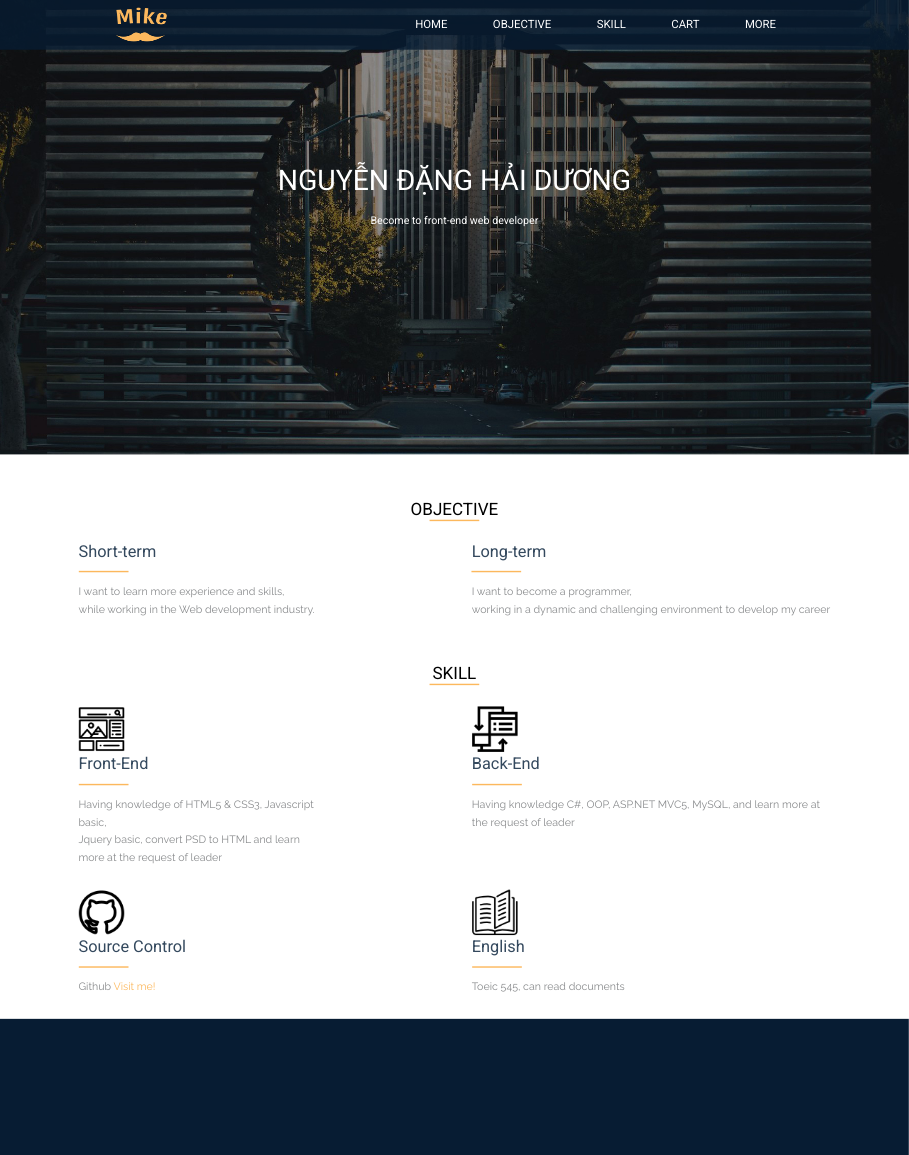
Repository: haiduong7499/Personal-Profile
Page: index.html
These files come from the project's save history. The page is drawn as it stood at one moment and after the next save; the edit follows.
The browser window is 1280 px wide. The pictures show the whole page, at 71% of full size.

Above is the page before, as saved 2021-03-02 12:11:32.

### index.html
<!DOCTYPE html>
<html lang="en">
<head>
    <meta charset="UTF-8">
    <meta http-equiv="X-UA-Compatible" content="IE=edge">
    <meta name="viewport" content="width=device-width, initial-scale=1.0">
    <link rel="stylesheet" href="style/style.css">
    <link rel="stylesheet" href="style/base.css">
    <link rel="preconnect" href="https://fonts.gstatic.com">
    <link rel="preconnect" href="https://fonts.gstatic.com">
    <link rel="preconnect" href="https://fonts.gstatic.com">
    <link href="https://fonts.googleapis.com/css2?family=Raleway&family=Roboto:wght@400;700&display=swap" rel="stylesheet">
    <title>Project</title>
</head>
<body>
    <div id="header">
        <img src="./asset/5c0eefeb-053e-4086-8d42-7e5a35580c82_200x200.png" alt="">
            <ul id="navbar">

                <li><a href="#">Home</a></li>
                <li><a href="#">Objective</a></li>
                <li><a href="#">Skill</a></li>
                <li><a href="#">Cart</a></li>
                <li><a href="#">More</a></li>
            </ul>
    </div>

    <div id="parallax">
        <div class="content-container">
            <h2 class="content-heading">Nguyễn Đặng Hải Dương</h2>
            <p class="content-text">Become to front-end web developer</p>
        </div>
    </div>


    <div id="objective">
        <div class='objective-heading'>
            <h2>
                Objective
                <hr>
            </h2>
        </div>

        <div class='objective-content'>
            <div class="term">
                <h4>Short-term
                    <hr>
                </h4>

                <p>
                    I want to learn more experience and skills,<br>
                    while working in the Web development industry.
                </p>
            </div>
            <div class="term">
                <h4>Long-term
                    <hr>
                </h4>

                <p>
                    I want to become a programmer,<br>
                    working in a dynamic and challenging environment to develop my career
                </p>
            </div>
        </div>
    </div>

    <div id="skills">
        <div class="skills-heading">
            <h2>
                Skill
                <hr>
            </h2>
        </div>

        <div class="skill-content">
            <div class="hard-skill">

                <div class="skill-left skill-front-end">

                    <img src="asset/web-design.png">
                    <h4 class="skills-title">Front-End <hr></h4>
                    <p class="skills-description">Having knowledge of HTML5 & CSS3, Javascript basic,<br> Jquery basic, convert PSD to HTML and learn more at the request of leader</p>
                </div>

                <div class="skill-right skill-back-end">
                    <img src="asset/backend.png">
                    <h4 class="skills-title">Back-End <hr></h4>
                    <p class="skills-description">Having knowledge C#, OOP, ASP.NET MVC5, MySQL, and learn more at the request of leader</p>
                </div>
            </div>

            <div class="soft-skill">

                <div class="skill-left skills-source-control">
                    <img src="asset/github.png">
                    <h4 class="skills-title">Source Control <hr></h4>
                    <p class="skills-description">Github <a href="https://github.com/haiduong7499">Visit me!</a></p>
                </div>

                <div class="skill-right skills-english">
                    <img src="asset/open-book.png">
                    <h4 class="skills-title">English <hr></h4>
                    <p class="skills-description">Toeic 545, can read documents</p>
                </div>

            </div>
        </div>

    </div>

    <div id="bottom">

    </div>
<script src="main.js"></script>
</body>
</html>

### style/style.css
*{
    padding: 0;
    margin: 0;
    box-sizing: border-box;
}
html{
    font-family: 'Roboto', sans-serif;
}
/* Header */
#header {
    display:flex;
    justify-content: space-around;
    height:70px;
    background: rgba(7, 28, 51, 0.8);
    position: fixed;
    top: 0;
    left: 0;
    right: 0;
    z-index: 1;
}
#header img{
    margin: 8px 0;
    width: 84px;
    height: 53px;
}

#navbar li {
    list-style: none;
    line-height: 70px;
    display:inline-block;
}

#navbar li a{
    display: inline-block;
    padding: 0 30px;
    line-height: 70px;
    text-decoration: none;
    color: #fff;
    text-transform: uppercase;
}
#navbar li:hover a{
    color: #fcb85d;
}

#parallax{
    position: relative;
    padding-top:50%;
    background: url(../asset/home-parallax.jpg) top / cover no-repeat;
}
#parallax .content-container{
    position: absolute;
    bottom: 50%;
    width: 100%;
    text-align: center;
    color: #fff;
}
#parallax .content-heading{
    margin-bottom: 25px;
    font-weight: 500;
    font-size: 40px;
    text-transform: uppercase;
}

#parallax .content-text{
    font-size: 15px;
}
#skills,
#objective{
    width: 100%;
}

#skills .skills-heading,
#objective .objective-heading{
    padding-top: 5%;
    text-align: center;
}

#skills .skills-heading>h2,
#objective .objective-heading>h2{
    position: relative;
    font-size: 24px;
    font-weight: 500;
    text-transform: uppercase;
}


h2>hr{
    position: absolute;
    left: 50%;
    transform: translateX(-50%);
    width:70px;
    height: 2px;
    border: none;
    background-color: #fcb85d
}

#objective .objective-content{
    display: flex;
    justify-content: space-around;
    padding-top: 2.5%;
}

h4>hr{
    width: 70px;
    margin: 15px 0;
    height: 2px;
    border: none;
    background-color: #fcb85d
}
.skills-title,
#objective .term>h4{
    text-align: left;
    color: #34495e;
    font-size: 23px;
    font-family: inherit;
    font-weight: 500;
    line-height: 1.1;
}

.skills-description,
#objective .term>p{
    text-align: left;
    font-size:15px;
    font-weight: 400;
    line-height: calc(5/3);
    color: #888a8c;
    font-family: 'Raleway', sans-serif;
}
.soft-skill,
.hard-skill{
    display: flex;
    justify-content: space-around;
    padding-top: 2.5%;
}

.skill-left{
    width: 333px;
}

.skill-right{
    width:505px;
}

.skills-source-control .skills-description>a{
    text-decoration: none;
    color: #fcb85d;
}

#bottom{
    background:#071c33;
    bottom:0;
    margin-top:2.5%;
    padding-top: 15%;
}

### main.js
const paralax = document.querySelector("#parallax");

window.addEventListener("scroll", function() {
    let offset = window.pageYOffset;
    parallax.style.backgroundPositionY = offset*1 + "px"
})

Loaded but not shown: style/base.css (no stored copy; drawn as an empty file)

After the next save:
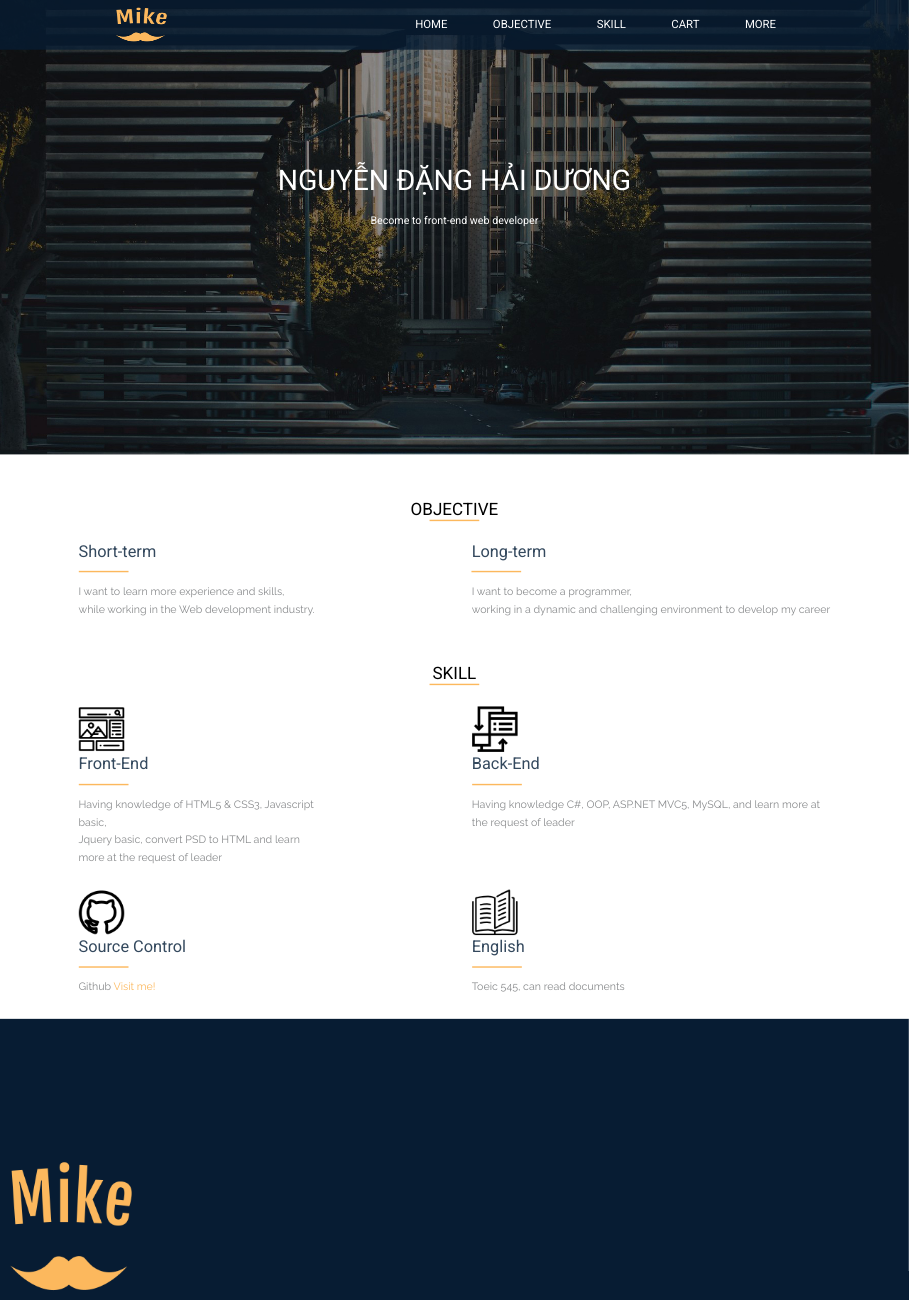
Saved 9 min 57 s later.
--- a/index.html
+++ b/index.html
@@ -110,7 +110,15 @@
     </div>
 
     <div id="bottom">
-
+        <div class="bottom-container">
+            <div class="contact-container">
+                <a href="#">
+                    <img src="./asset/5c0eefeb-053e-4086-8d42-7e5a35580c82_200x200.png" alt="">
+                </a>
+            </div>
+            <div></div>
+            <div></div>
+        </div>
     </div>
 <script src="main.js"></script>
 </body>
